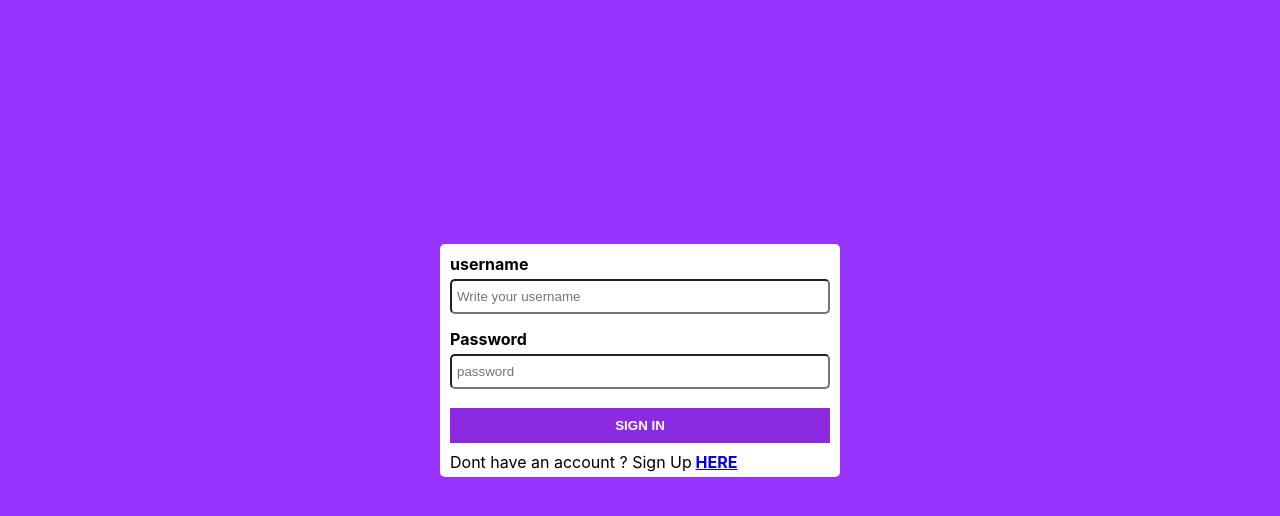
Repository: NDISHAW/Inspectionapp-rails
Page: public/signIn.html
An editor plug-in stored every save of this project. The page is shown before and after the next save, followed by the edit.
The browser window is 1280 px wide. The pictures show the whole page.

Above is the page before, as saved 2022-10-09 04:24:33.

After the next save:
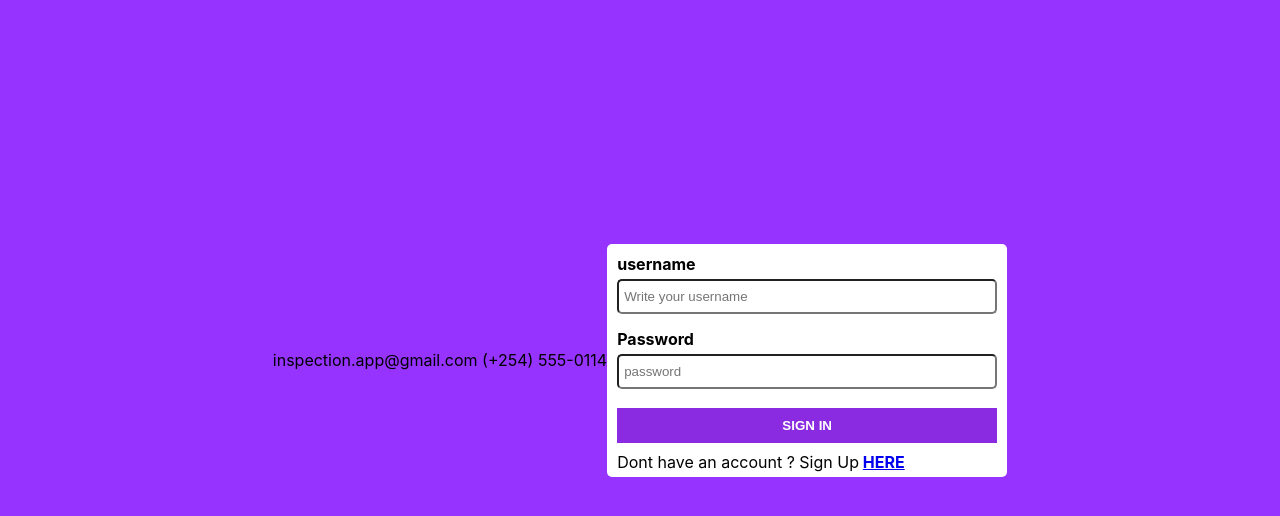
Saved 94 s later.
--- a/public/signIn.html
+++ b/public/signIn.html
@@ -12,7 +12,26 @@
     <!-- <script src="https://www.gstatic.com/firebasejs/9.8.4/firebase-firestore-compat.js"></script> -->
     <!-- <script src="https://www.gstatic.com/firebasejs/9.8.4/firebase-auth-compat.js"></script> -->
   </head>
-  <body>
+   <body data-bs-spy="scroll" data-bs-target=".navbar" data-bs-offset="70">
+
+
+      <!-- TOP NAV -->
+      <div class="top-nav navbar" id="home">
+          <div class="container">
+              <div class="row justify-content-between">
+                  <div class="col-auto">
+                      <p> <i class='bx bxs-envelope'></i> inspection.app@gmail.com</p>
+                      <p> <i class='bx bxs-phone-call'></i> (+254) 555-0114</p>
+                  </div>
+                  <div class="col-auto social-icons">
+                      <a href="#"><i class='bx bxl-facebook'></i></a>
+                      <a href="#"><i class='bx bxl-twitter'></i></a>
+                      <a href="#"><i class='bx bxl-instagram'></i></a>
+                      <a href="#"><i class='bx bxl-pinterest'></i></a>
+                  </div>
+              </div>
+          </div>
+      </div>
     <div class="form">
       <!-- Email  -->
       <div class="email">
